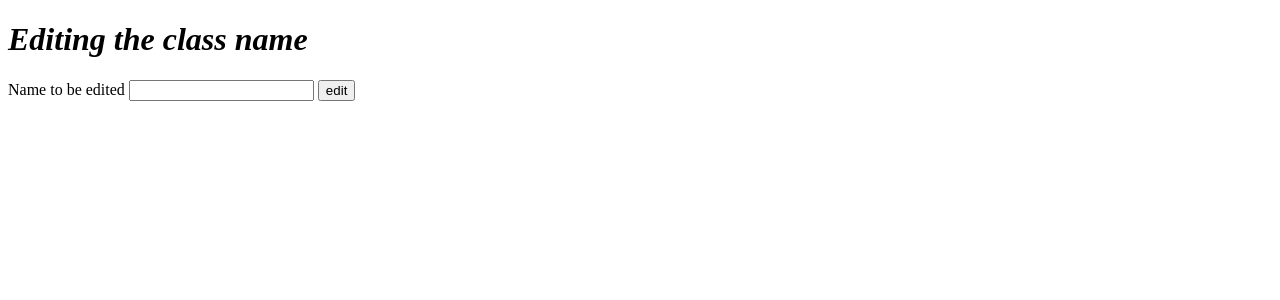
Repository: goswamiyogesh/mymovieplanproject6b
Page: http://localhost/LearnerAcademyProject/editclasses.jsp
The author's editor kept a copy of each file at every save. The page is drawn from the files as they stood at one save, then again after the next save.
The browser window is 1280 px wide. The pictures show the whole page.
The page is served by Tomcat 9.

Above is the page before, as saved 2022-12-07 20:53:19.

After the next save:
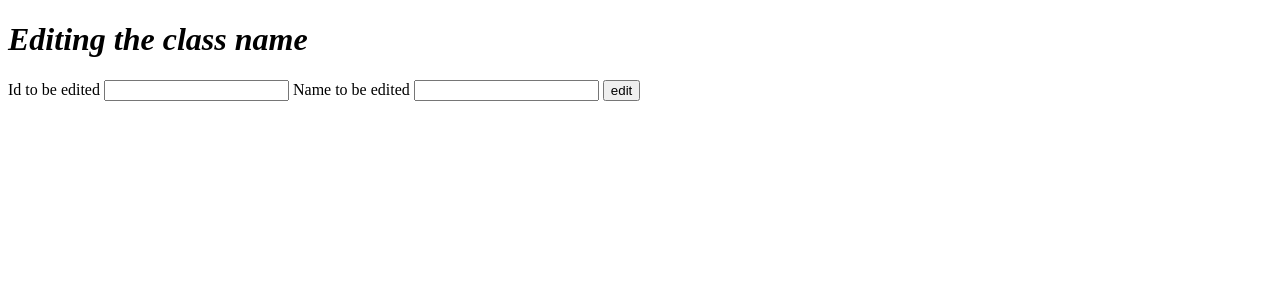
Saved 11 min 8 s later.
--- a/LearnerAcademyProject/src/main/webapp/editclasses.jsp
+++ b/LearnerAcademyProject/src/main/webapp/editclasses.jsp
@@ -10,7 +10,7 @@
 <body>
 <h1><i>Editing the class name</i></h1>
 <form action="editclassescontroller.jsp">
-<input type="hidden" name="Id" value=<%=request.getParameter("ClassId") %>>
+Id to be edited <input type="text" name="ClassId">
 Name to be edited <input type="text" name="ClassName">
 <input type="submit" value="edit">
 

After the save that followed:
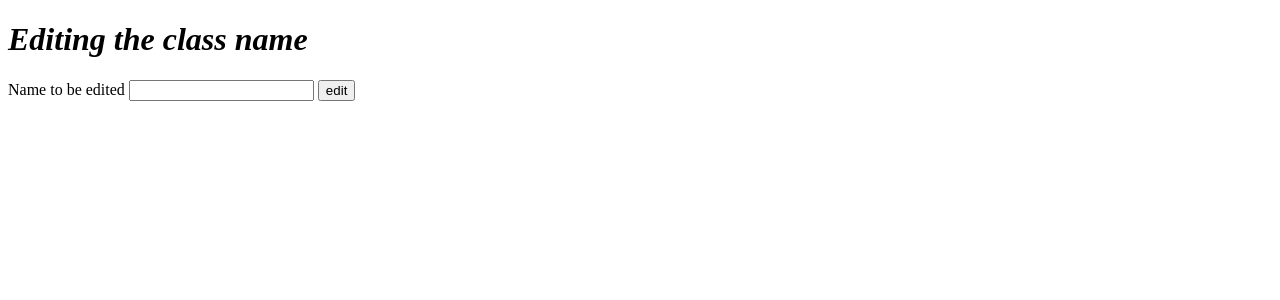
Saved 7 min 38 s later.
--- a/LearnerAcademyProject/src/main/webapp/editclasses.jsp
+++ b/LearnerAcademyProject/src/main/webapp/editclasses.jsp
@@ -10,7 +10,7 @@
 <body>
 <h1><i>Editing the class name</i></h1>
 <form action="editclassescontroller.jsp">
-Id to be edited <input type="text" name="ClassId">
+<input type="hidden" name="Id" value=<%=request.getParameter("Id") %>>
 Name to be edited <input type="text" name="ClassName">
 <input type="submit" value="edit">
 
